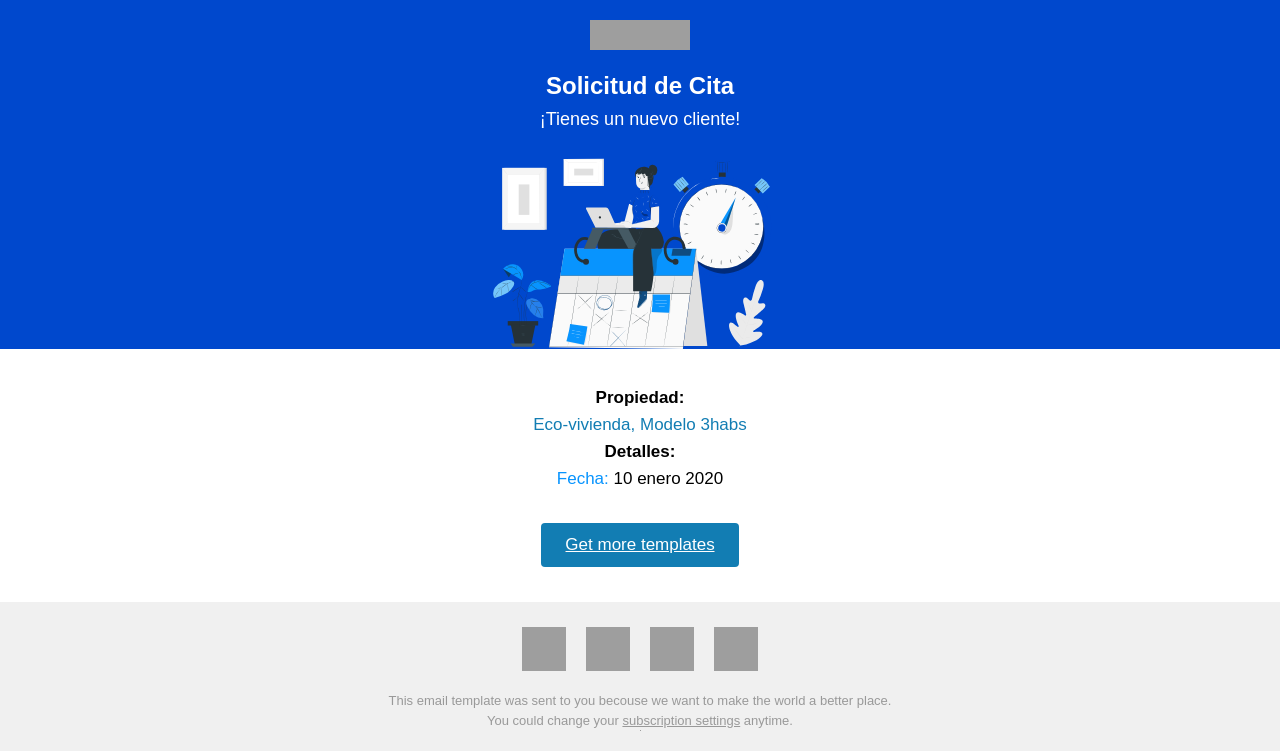
Repository: FabioMadrid/atlas_code
Page: correo_cita_vendedor.html
An editor plug-in stored every save of this project. The page is shown before and after the next save, followed by the edit.
The browser window is 1280 px wide. The pictures show the whole page.
Pictures or frames that could not be fetched are drawn as grey boxes.

Above is the page before, as saved 2021-01-14 16:41:03.

After the next save:
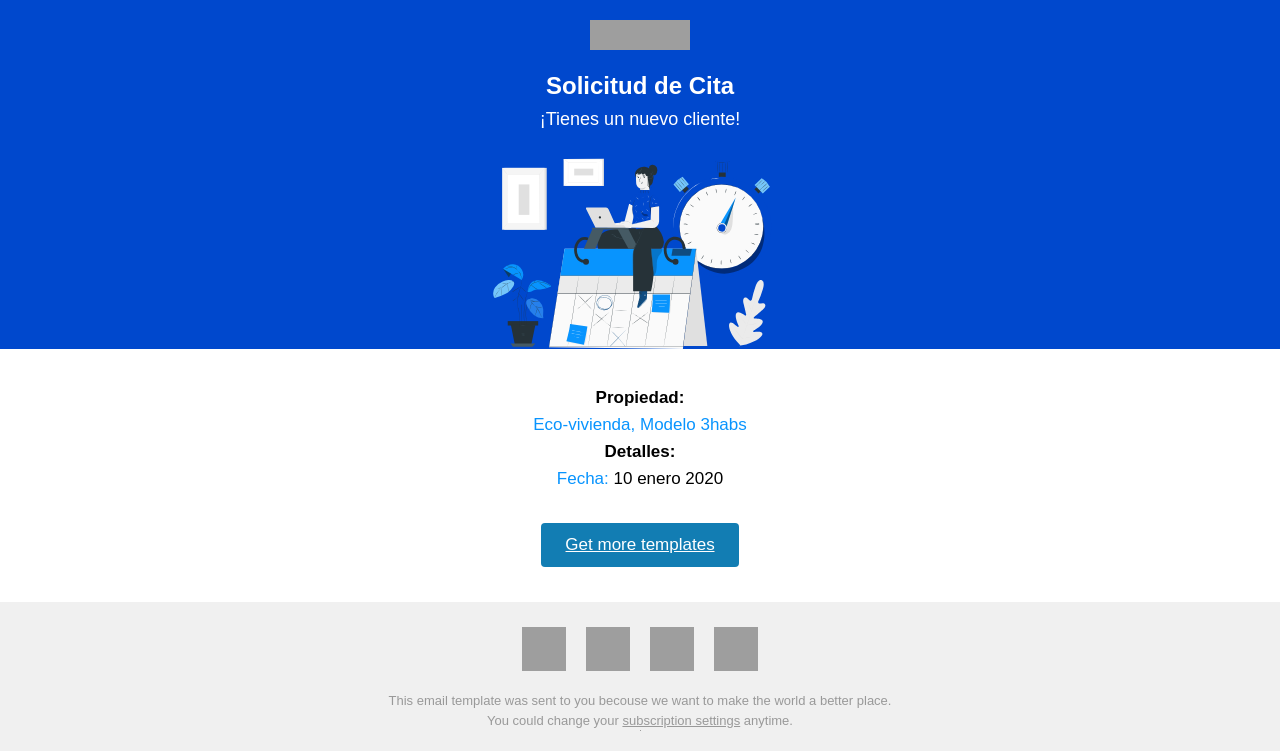
Saved 17 s later.
--- a/correo_cita_vendedor.html
+++ b/correo_cita_vendedor.html
@@ -153,7 +153,7 @@ a, a:hover {
             <b>Propiedad:</b> <br>
 
             <a target="_blank" style="text-decoration: none;
-			font-size: 17px; line-height: 160%;"
+			font-size: 17px; line-height: 160%; color: #0894FE;"
             href="https://atlashome.hn/vistaCondominio/14">Eco-vivienda, Modelo 3habs</b></a> <br>
 
             <b>Detalles:</b> <br>
